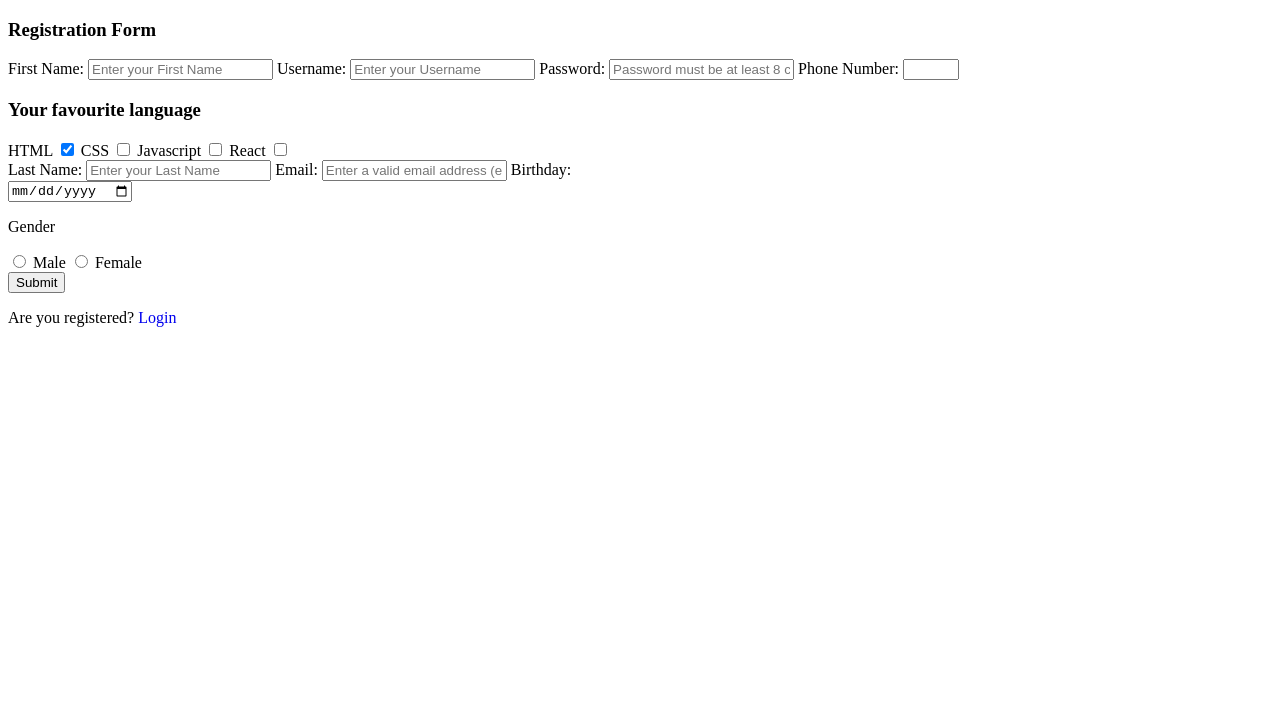
Repository: alizey12/Regestratin-Form-js
Page: regester.html
These files come from the project's save history. The page is drawn as it stood at one moment and after the next save; the edit follows.
The browser window is 1280 px wide. The pictures show the whole page.

Above is the page before, as saved 2024-11-29 19:21:30.

### regester.html
<!DOCTYPE html>
<html lang="en">
<head>
    <meta charset="UTF-8">
    <meta name="viewport" content="width=device-width, initial-scale=1.0">
    <link rel="stylesheet" href="regester.css">
    <title>Registration Form</title>
</head>
<body>
    <h3>Registration Form</h3>
    <div class="main">
        <form action="">
            <div class="grid-container">
                <div>
                    <label for="first">First Name:</label>
                    <input type="text" id="first" name="first" placeholder="Enter your First Name" required>

                    <label for="username">Username:</label>
                    <input type="text" id="username" name="username" placeholder="Enter your Username" required>

                    <label for="password">
                        Password:
                    </label>
                    <input type="password" id="password" name="password"   pattern="^(?=.*[A-Za-z])(?=.*\d)[A-Za-z\d]{8,}$"
                   placeholder="Password must be at least 8 characters long and include at least one letter and one number.">

                    <label for="quantity">Phone Number:</label>
                    <input type="number" id="quantity" name="quantity" min="1" max="15">

                    <h3 class="heading">Your favourite language</h3>
                    <label class="container">HTML
                        <input type="checkbox" checked="checked">
                        <span class="checkmark"></span>
                      </label>

                      <label class="container">CSS
                        <input type="checkbox">
                        <span class="checkmark"></span>
                      </label>

                      <label class="container">Javascript
                        <input type="checkbox">
                        <span class="checkmark"></span>
                      </label>

                      <label class="container">React
                        <input type="checkbox">
                        <span class="checkmark"></span>
                      </label>


                </div>
                <div>
                    <label for="second">Last Name:</label>
                    <input type="text" id="second" name="second" placeholder="Enter your Last Name" required>

                    <label for="first">
                        Email:
                    </label>
                    <input type="email" id="first" name="email"  pattern="^[a-zA-Z0-9._%+-]+@[a-zA-Z0-9.-]+\.[a-zA-Z]{2,}$"

                        placeholder="Enter a valid email address (e.g., user@example.com)" required>


                    <label for="birthday">Birthday:</label>
                    <br>
                    <input type="date" id="birthday" name="birthday">
                    <div class="gen-rad">
                        <p>Gender</p>
                        <input type="radio" id="male" name="gender" value="male">
                        <label for="male">Male</label>
                        <input type="radio" id="female" name="gender" value="female">
                        <label for="female">Female</label>
                    </div>


                </div>
            </div>
            <div class="wrap">
                <button type="submit">Submit</button>
            </div>
        </form>
        <p>Are you registered?
            <a href="signin.html" style="text-decoration: none;">Login</a>
        </p>
    </div>
</body>
</html>

### regester.css
/* body {
    display: flex;
    align-items: center;
    justify-content: center;
    font-family: sans-serif;
    line-height: 1.5;
    min-height: 100vh;
    background: #f3f3f3;
    flex-direction: column;
    margin: 0;
}

.main {
    background-color: #fff;
    border-radius: 15px;
    box-shadow: 0 0 20px rgba(0, 0, 0, 0.2);
    padding: 20px;
    transition: transform 0.2s;
    width: 800px;
}

h3 {
    color: #4CAF50;
    text-align: center;
}

label {
    display: block;
    margin-top: 10px;
    margin-bottom: 5px;
    text-align: left;
    color: #555;
    font-weight: bold;
}

input {
    display: block;
    width: 90%;
    margin-bottom: 15px;
    padding: 10px;
    box-sizing: border-box;
    border: 1px solid #ddd;
    border-radius: 5px;
}

button {
    padding: 15px;
    border-radius: 10px;
    margin-top: 15px;
    border: none;
    color: white;
    cursor: pointer;
    background-color: #4CAF50;
    font-size: 16px;
}

.wrap {
    display: flex;
    justify-content: center;
    align-items: center;
}

.grid-container {
    display: grid;

    grid-template-columns: 1fr 1fr;
    gap: 20px;
}

.grid-container div {
    padding: 5px;
}


.container {
    display: block;
    position: relative;
    padding-left: 35px;
    margin-bottom: 12px;
    cursor: pointer;
    font-size: 15px;
    -webkit-user-select: none;
    -moz-user-select: none;
    -ms-user-select: none;
    user-select: none;
  }
  .gen-rad{
    margin-top: 20%;
  }
  .container input {
    position: absolute;
    opacity: 0;
    cursor: pointer;
    height: 0;
    width: 0;
  }
  .heading{
    color: rgb(65, 63, 63);
    display: contents;
  padding: 5px;
  }
  .checkmark {
    position: absolute;
    top: 0;
    left: 0;
    height: 25px;
    width: 25px;
    background-color: #eee;
  }

  .container:hover input ~ .checkmark {
    background-color: #ccc;
  }

  .container input:checked ~ .checkmark {
    background-color: #279e63;
  }

  .checkmark:after {
    content: "";
    position: absolute;
    display: none;
  }

  .container input:checked ~ .checkmark:after {
    display: block;
  }


  .container .checkmark:after {
    left: 9px;
    top: 5px;
    width: 5px;
    height: 10px;
    border: solid white;
    border-width: 0 3px 3px 0;
    -webkit-transform: rotate(45deg);
    -ms-transform: rotate(45deg);
    transform: rotate(45deg);
  }


.gen-rad p {
    margin-bottom: 1px;
    font-weight: bold;
    color: #555;
}


.gen-rad label {

    font-size: 14px;
    color: #333;
} */

After the next save:
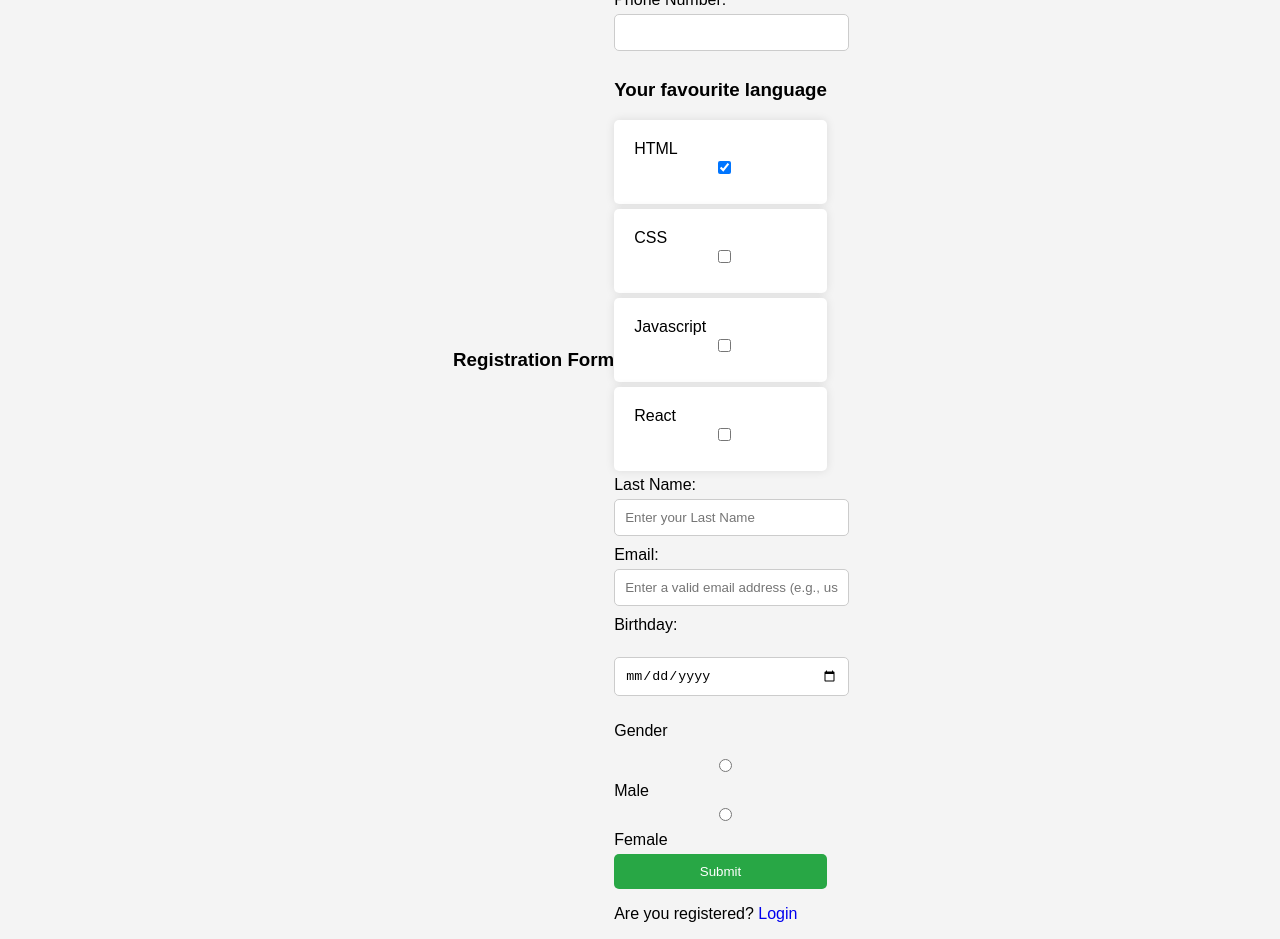
Saved 23 s later.
--- a/regester.css
+++ b/regester.css
@@ -152,3 +152,52 @@ button {
     font-size: 14px;
     color: #333;
 } */
+
+
+body {
+    font-family: Arial, sans-serif;
+    background-color: #f4f4f4;
+    display: flex;
+    justify-content: center;
+    align-items: center;
+    height: 100vh;
+    margin: 0;
+}
+
+.container {
+    background-color: #fff;
+    padding: 20px;
+    border-radius: 5px;
+    box-shadow: 0 0 10px rgba(0, 0, 0, 0.1);
+}
+
+h1 {
+    margin-bottom: 20px;
+}
+
+label {
+    display: block;
+    margin-bottom: 5px;
+}
+
+input {
+    width: 100%;
+    padding: 10px;
+    margin-bottom: 10px;
+    border: 1px solid #ccc;
+    border-radius: 5px;
+}
+
+button {
+    width: 100%;
+    padding: 10px;
+    background-color: #28a745;
+    color: #fff;
+    border: none;
+    border-radius: 5px;
+    cursor: pointer;
+}
+
+button:hover {
+    background-color: #218838;
+}
